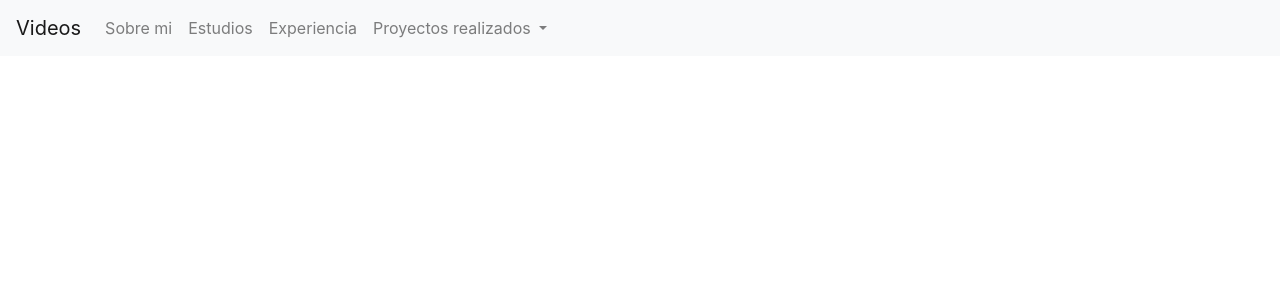
Repository: Hrotgarion1/jose
Page: video.html
An editor plug-in stored every save of this project. The page is shown before and after the next save, followed by the edit.
The browser window is 1280 px wide. The pictures show the whole page.

Above is the page before, as saved 2020-09-30 06:46:37.

After the next save:
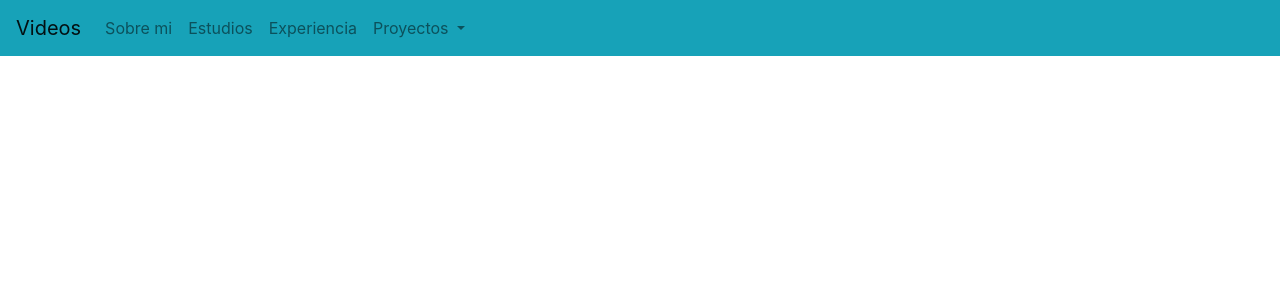
Saved 2 min 19 s later.
--- a/video.html
+++ b/video.html
@@ -11,7 +11,7 @@
 </head>
 <body>
     <!--Navegador responsive de la web-->
-    <nav class="navbar navbar-expand-lg navbar-light bg-light">
+    <nav class="navbar navbar-expand-lg navbar-light bg-info">
         <a class="navbar-brand" href="../jose/index.html">Videos</a>
         <button class="navbar-toggler" type="button" data-toggle="collapse" data-target="#navbarNavDropdown" aria-controls="navbarNavDropdown" aria-expanded="false" aria-label="Toggle navigation">
           <span class="navbar-toggler-icon"></span>
@@ -20,23 +20,22 @@
         <div class="collapse navbar-collapse" id="navbarNavDropdown">
           <ul class="navbar-nav">
             <li class="nav-item">
-              <a class="nav-link" href="#">Sobre mi <span class="sr-only">(current)</span></a>
+              <a class="nav-link" href="../jose/index.html#sobre">Sobre mi <span class="sr-only">(current)</span></a>
             </li>
             <li class="nav-item">
-              <a class="nav-link" href="#">Estudios</a>
+              <a class="nav-link" href="../jose/index.html#exp">Estudios</a>
             </li>
             <li class="nav-item">
-              <a class="nav-link" href="#">Experiencia</a>
+              <a class="nav-link" href="../jose/index.html#cv">Experiencia</a>
             </li>
             <li class="nav-item dropdown">
               <a class="nav-link dropdown-toggle" href="#" id="navbarDropdownMenuLink" role="button" data-toggle="dropdown" aria-haspopup="true" aria-expanded="false">
-                Proyectos realizados
+                Proyectos
               </a>
-              <div class="dropdown-menu" aria-labelledby="navbarDropdownMenuLink">
+              <div class="dropdown-menu bg-info" aria-labelledby="navbarDropdownMenuLink">
                 <a class="dropdown-item" href="../jose/solid.html">Diseños con SolidWorks</a>
                 <a class="dropdown-item" href="../jose/catia.html">Diseños con Catia V5</a>
-                <a class="dropdown-item" href="../jose/projects.html">Proyectos realizados</a>
-                <a class="dropdown-item" href="../jose/video.html">Videos</a>
+                <a class="dropdown-item" href="../jose/projects.html">Proyectos de construcción dirigidos</a>
               </div>
             </li>
           </ul>
